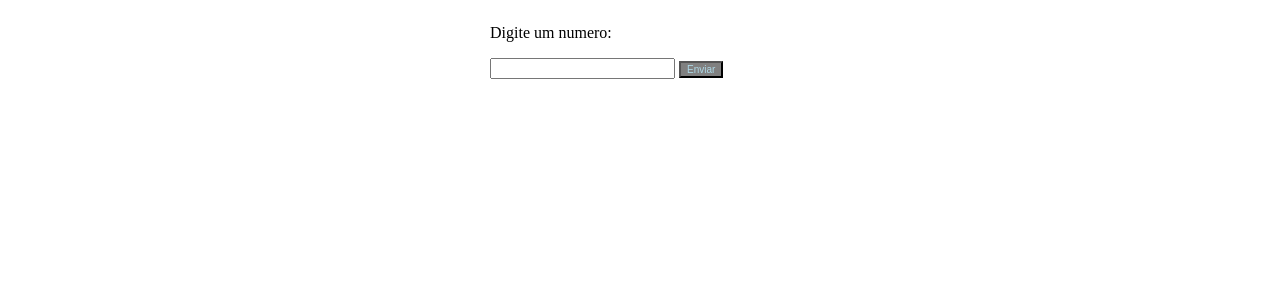
Repository: Nnunes55/formulario
Page: exercicios/teste.html
These files come from the project's save history. The page is drawn as it stood at one moment and after the next save; the edit follows.
The browser window is 1280 px wide. The pictures show the whole page.

Above is the page before, as saved 2025-04-15 10:35:32.

After the next save:
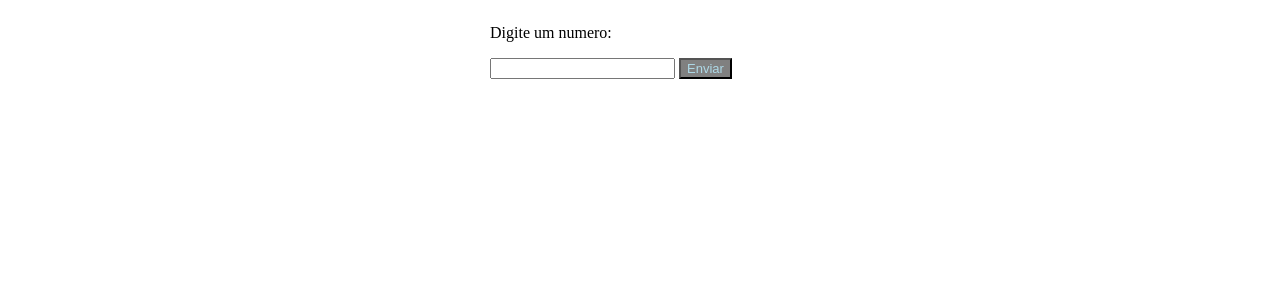
Saved 7 s later.
--- a/exercicios/estilo.css
+++ b/exercicios/estilo.css
@@ -13,7 +13,7 @@
     background: #fff
 }
 #botao1{
-    font-size: 10px;
+    font-size: 13px;
     background-color: grey;
     color: lightblue;
 }
